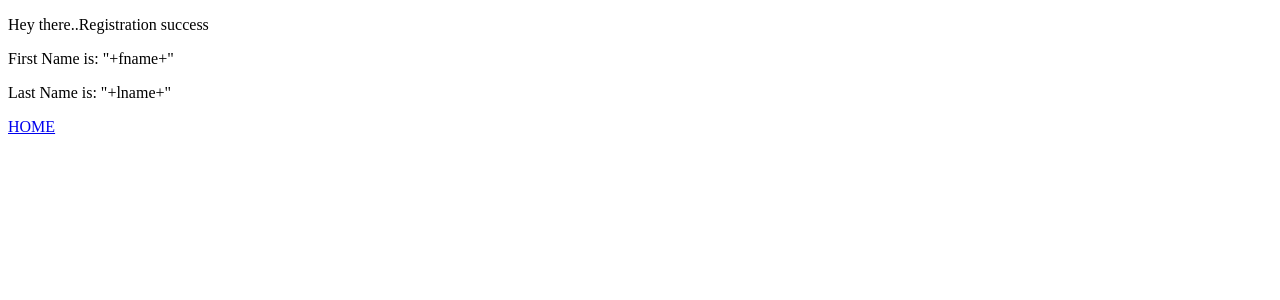
Repository: Bindu2296/allProjects
Page: http://localhost/Jspforms/reg.jsp
These files come from the project's save history. The page is drawn as it stood at one moment and after the next save; the edit follows.
The browser window is 1280 px wide. The pictures show the whole page.
The page is served by Tomcat 9. Other server files are loaded and not shown.

Above is the page before, as saved 2019-03-26 11:41:45.

### Jspforms/src/main/webapp/reg.jsp
<%@ page language="java" contentType="text/html; charset=ISO-8859-1"
    pageEncoding="ISO-8859-1"%>
<!DOCTYPE html>
	<html><body>
<p>Hey there..Registration success </p></body>
	<p>First Name is: "+fname+"</p>
	<p>Last Name is: "+lname+"</p>
<a href='index.jsp'>HOME</a></body>
</html>

After the next save:
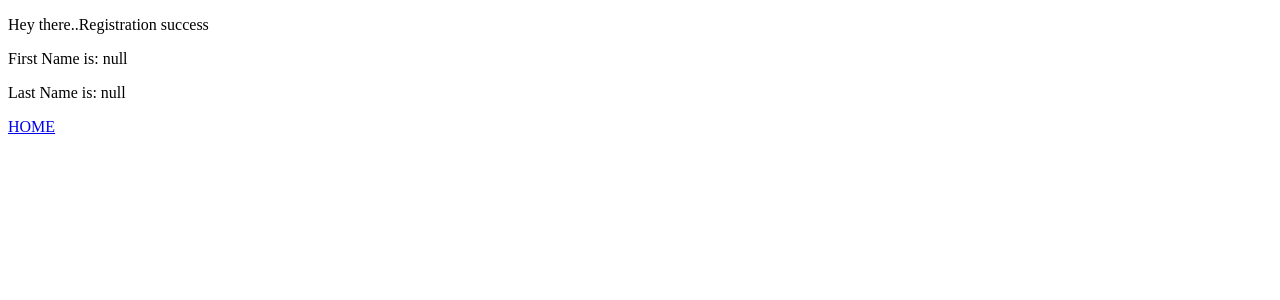
Saved 5 min 6 s later.
--- a/Jspforms/src/main/webapp/reg.jsp
+++ b/Jspforms/src/main/webapp/reg.jsp
@@ -3,7 +3,11 @@
 <!DOCTYPE html>
 	<html><body>
 <p>Hey there..Registration success </p></body>
-	<p>First Name is: "+fname+"</p>
-	<p>Last Name is: "+lname+"</p>
+	<p>First Name is: <% HttpSession s =request.getSession();
+
+	String uname=(String) s.getAttribute("firstname");
+	String pword=(String) s.getAttribute("lastname");
+	out.println(uname); %></p>
+	<p>Last Name is: <%out.println(pword); %> </p>
 <a href='index.jsp'>HOME</a></body>
 </html>
